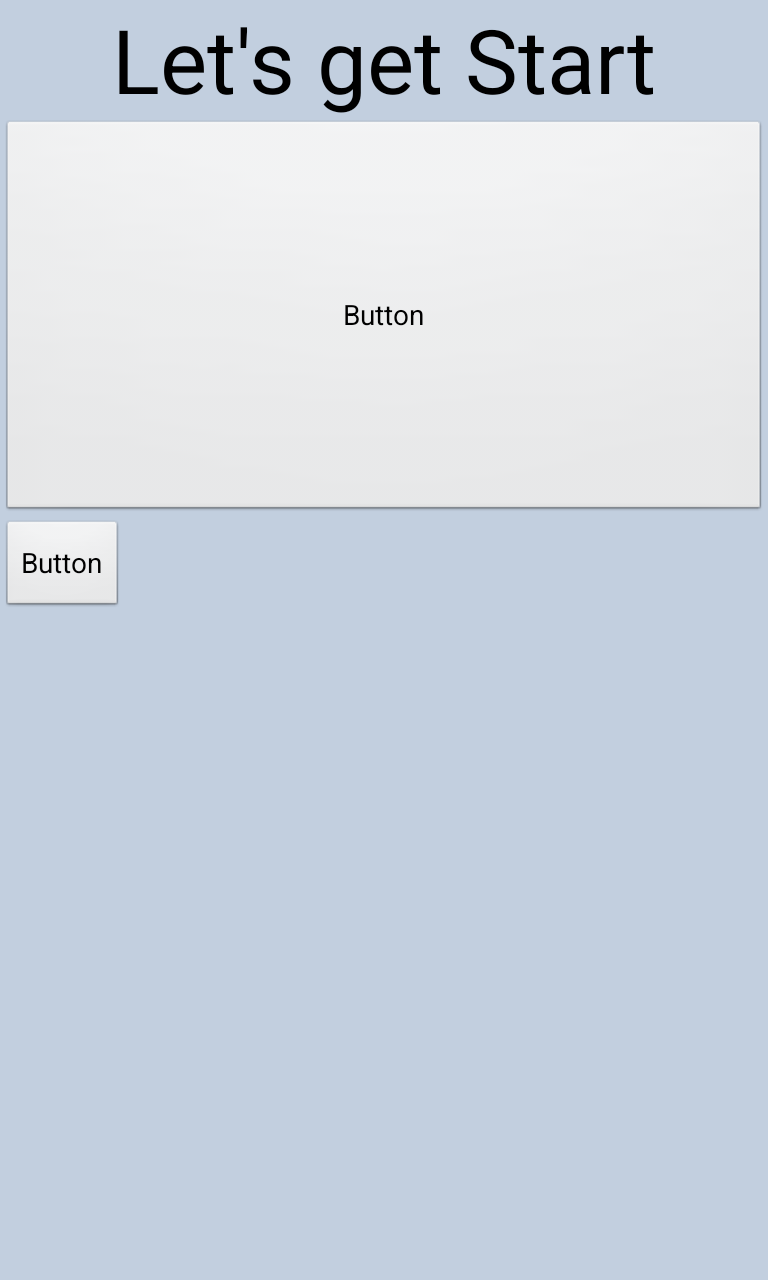
Repository: parinya1968/My-project
Layout: DroidWork/getBig/res/layout/profilemenu.xml
These files come from the project's save history. The layout is drawn as it stood at one moment and after the next save; the edit follows.
It is drawn on a 768 x 1280 px phone screen (xhdpi) without system bars, with theme android:Theme.NoTitleBar.Fullscreen; the app's code is not run.

Above is the layout before, as saved 2012-06-20 03:13:25.

After the next save:
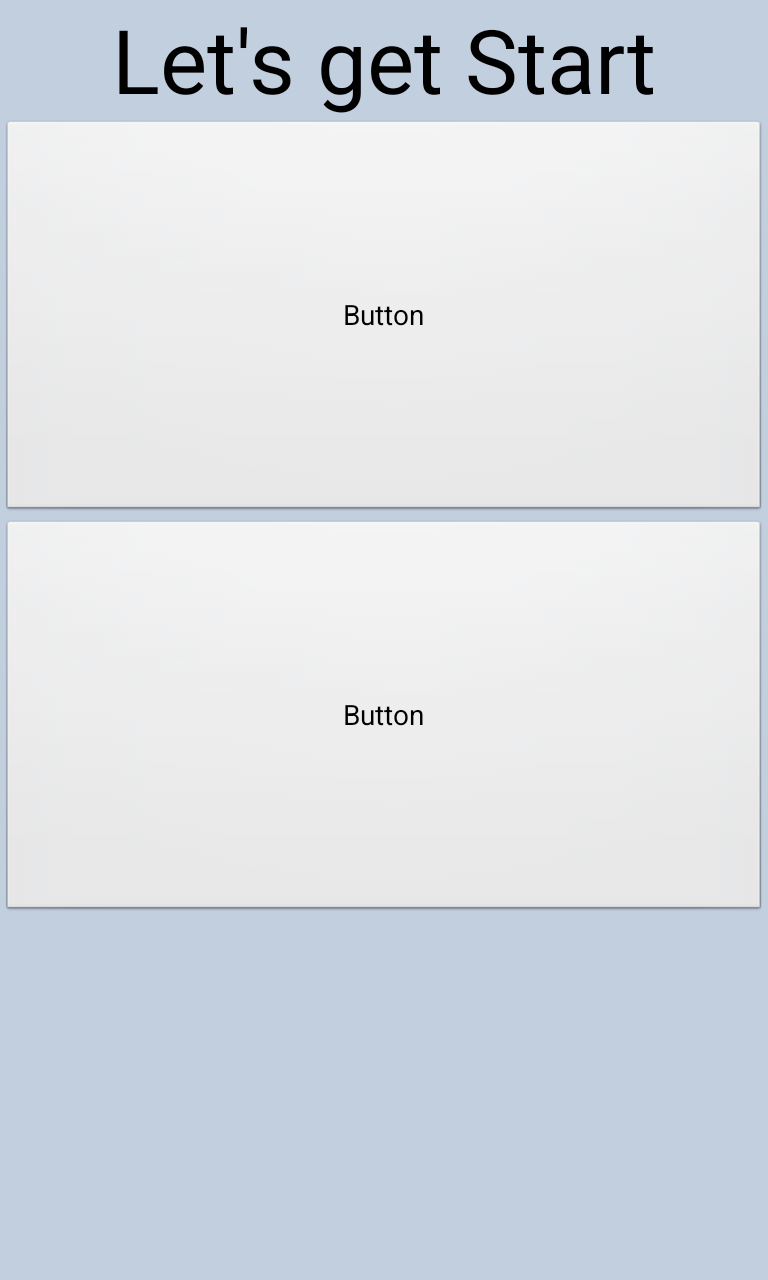
Saved 24 s later.
--- a/DroidWork/getBig/res/layout/profilemenu.xml
+++ b/DroidWork/getBig/res/layout/profilemenu.xml
@@ -32,8 +32,8 @@
 
         <Button
             android:id="@+id/button2"
-            android:layout_width="wrap_content"
-            android:layout_height="wrap_content"
+            android:layout_width="match_parent"
+            android:layout_height="200dp"
             android:text="Button" />
 
     </LinearLayout>
